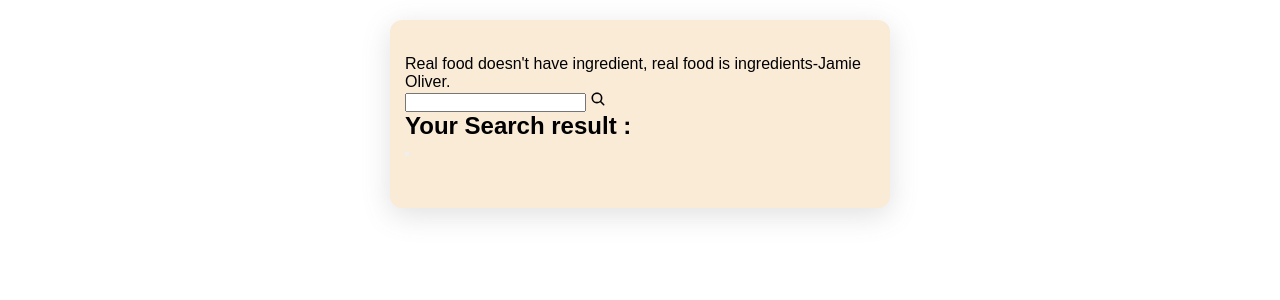
Repository: andrewhuynh561/javascipt
Page: Day 1/index.html
An editor plug-in stored every save of this project. The page is shown before and after the next save, followed by the edit.
The browser window is 1280 px wide. The pictures show the whole page.

Above is the page before, as saved 2023-05-17 21:41:02.

After the next save:
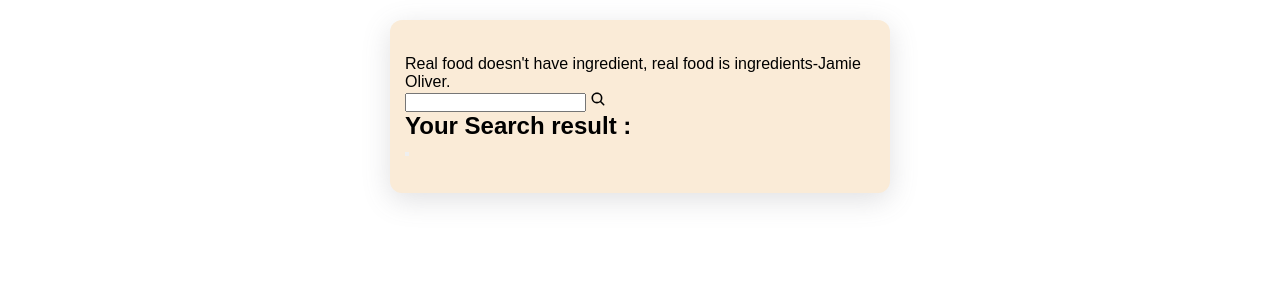
Saved 7 s later.
--- a/Day 1/style.css
+++ b/Day 1/style.css
@@ -17,6 +17,6 @@ body {
     border-radius: 12px;
     background-color: antiquewhite;
     box-shadow: rgba(100, 100, 111, 0.2) 0px 7px 29px 0px;
-    padding: 35px 15px 50px;
+    padding: 35px 15px 35px;
 
 }
